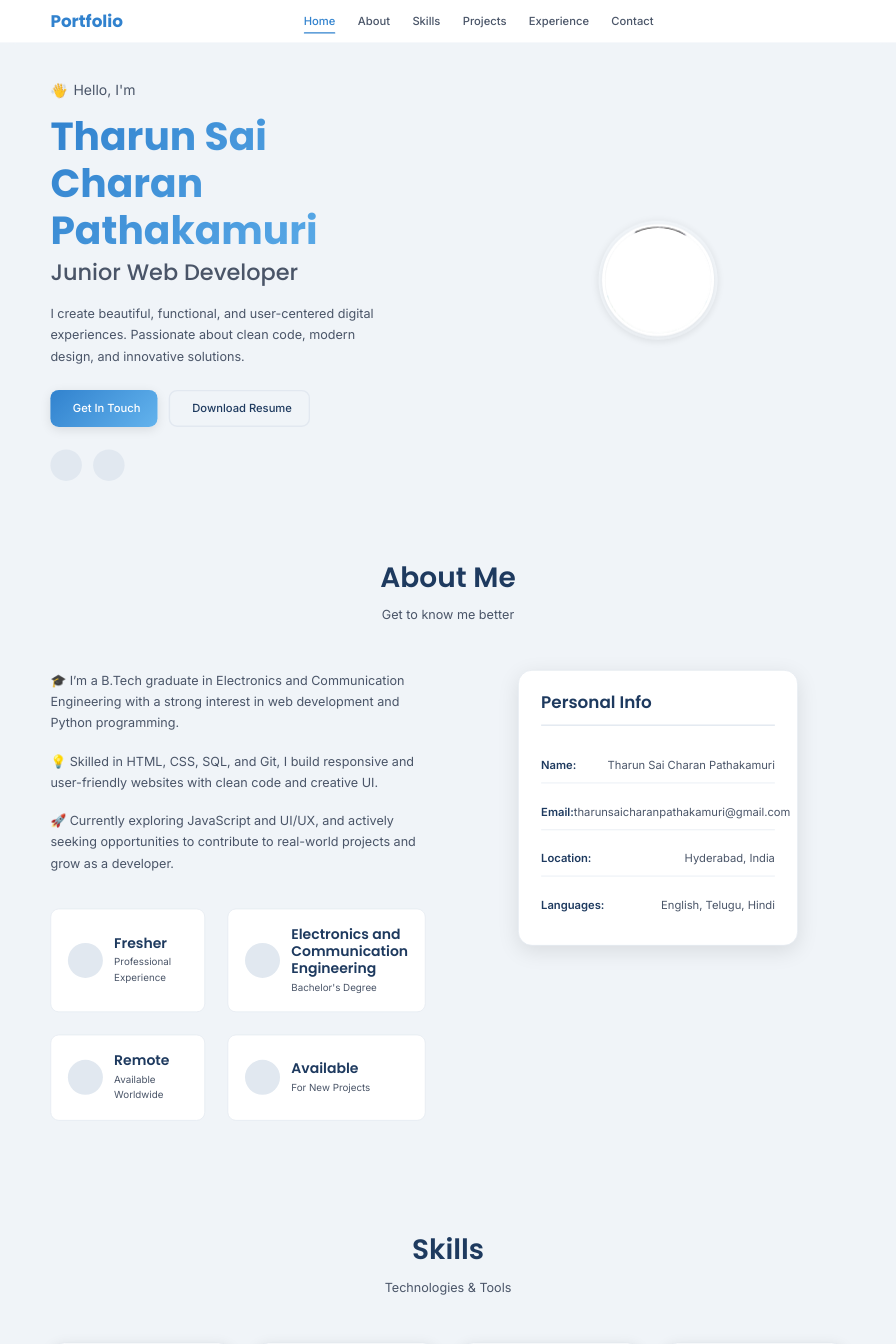
Repository: TharunPathakamuri/Portfolio
Page: index.html
These files come from the project's save history. The page is drawn as it stood at one moment and after the next save; the edit follows.
The browser window is 1280 px wide. The pictures show the part of the page from y = 0 to 1920 px (the page is 4416 px tall), at 70% of full size.

Above is the page before, as saved 2025-07-04 23:47:35.

After the next save:
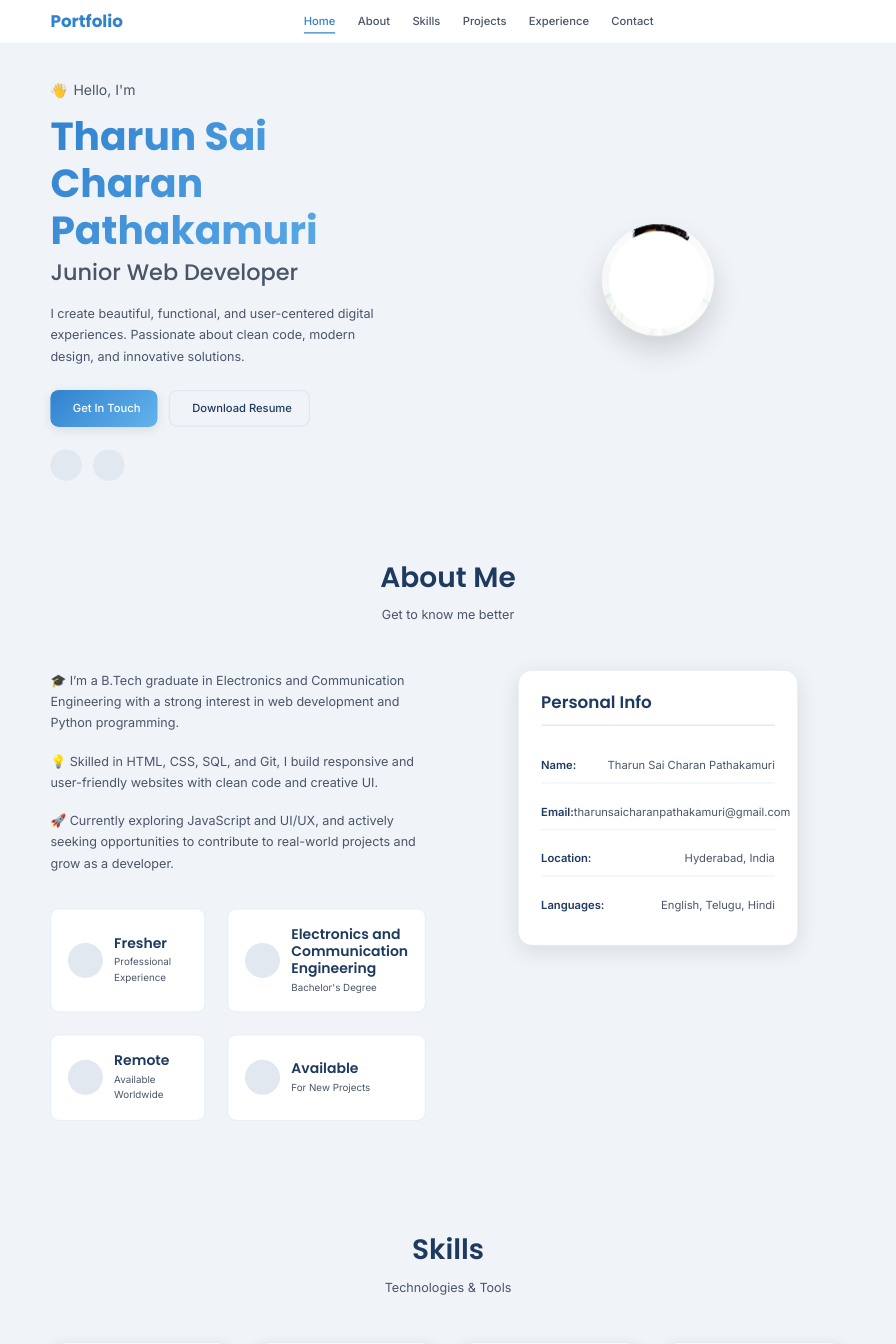
Saved 17 s later.
--- a/index.html
+++ b/index.html
@@ -127,8 +127,8 @@
 
           <div class="hero-visual">
             <div class="hero-image">
-              <div class="image-placeholder" style="border-radius: 50%; width: 170px; height: 170px; background: transparent; display: flex; align-items: center; justify-content: center; box-shadow: 0 2px 12px rgba(0,0,0,0.10);">
-                <img src="Tharun_Pathakamuri.jpg" alt="Tharun Pathakamuri" style="width: 160px; height: 160px; object-fit: cover; border-radius: 50%; border: 4px solid #fff; box-shadow: 0 2px 8px rgba(0,0,0,0.08); background: #eaeaea;" />
+              <div class="image-placeholder" style=" border-radius: 50%; width: 160px; height: 160px; background: #f3f3f3; display: flex; align-items: center; justify-content: center;">
+                <img src="Tharun_Pathakamuri.jpg" alt="Tharun Pathakamuri" style="width: 100%; height: 100%; object-fit: cover; border-radius: 50%;" />
               </div>
             </div>
           </div>
